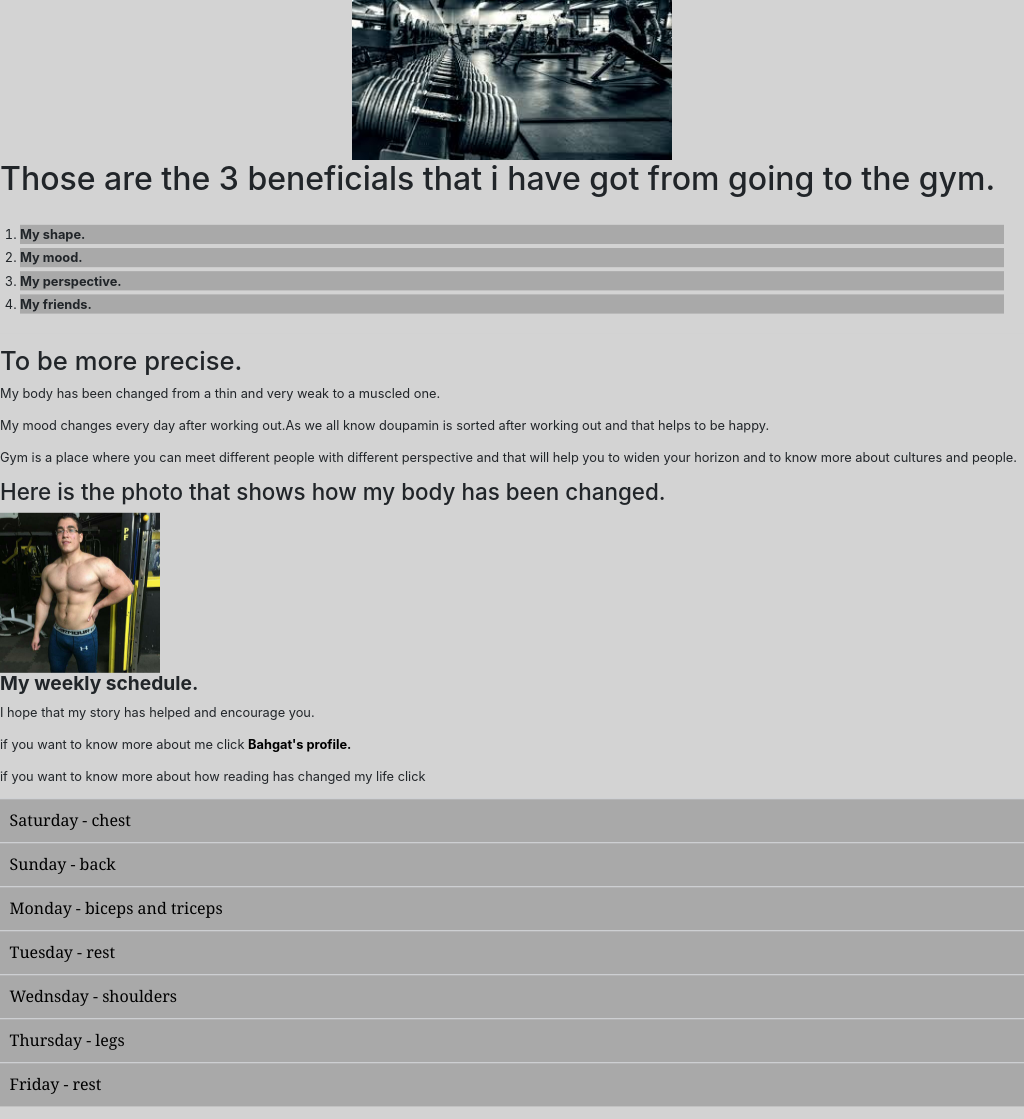
Repository: bahgaat/cs50
Page: environment/pset5/homepage/Working out.html
The author's editor kept a record of every edit. The page is drawn from the files as they stood at one moment, then again after the next edit.
The browser window is 1280 px wide. The pictures show the whole page, at 80% of full size.

Above is the page before.

### environment/pset5/homepage/Working out.html
<!DOCTYPE html>

<html lang="en">
    <head>
        <link href="https://stackpath.bootstrapcdn.com/bootstrap/4.1.3/css/bootstrap.min.css" rel="stylesheet">
        <link href="styles4.css" rel="stylesheet">
        <title>Working out</title>
    </head>
    <body>
        <div class="image4"><img src="workingout.jpg" alt="photo" width="400" height="200"></div>
        <h1>Those are the 3 beneficials that i have got from going to the gym.</h1>
        <ol>
            <li><b>My shape.</b></li>
            <li><b>My mood.</b></li>
            <li><b>My perspective.</b></li>
            <li><b>My friends.</b></li>
       </ol>
       <h2>To be more precise.</h2>
           <p>My body has been changed from a thin and very weak to a muscled one.</p>
           <p>My mood changes every day after working out.As we all know doupamin is sorted after working out
           and that helps to be happy.</p>
           <p>Gym is a place where you can meet different people with different perspective and that will help
           you to widen your horizon and to know more about cultures and people.</p>
       <h3>Here is the photo that shows how my body has been changed.</h3>
           <div class="image5"><img src="bebo.jpg" alt="photo" width="200" height="200"></div>
       <h4><b>My weekly schedule.</b></h4>
           <table class="table table-hover">
              <tr>
                      <td> Saturday - chest</td>
              </tr>
              <tr>
                     <td> Sunday - back</td>
              </tr>
              <tr>
                     <td>Monday - biceps and triceps</td>
              </tr>
              <tr>
                     <td>Tuesday - rest</td>
              </tr>
              <tr>
                   <td>Wednsday - shoulders</td>
              </tr>
              <tr>
                   <td>Thursday - legs</td>
             </tr>
             <tr>
                   <td>Friday - rest</td>
             </tr>

            <p> I hope that my story has helped and encourage you.</p>
            <p>if you want to know more about me click <a href="index.html"><b>Bahgat's profile.</b></a></p>
            <p>if you want to know more about how reading has changed my life click <a href="Reading.html"></a></p>



           </table>






    </body>
</html>

### environment/pset5/homepage/styles4.css
.image4
{
    text-align:center;
}
body
{
    background-color:lightgray;
}
tr
{
    00px;
}
td
{
    background-color:darkgray;
    color:black;
    font-size:15pt;
    font-family:georgia;
}
ol
{
    background:lightgray;
    padding:20px;
}
ol li
{
    background:darkgray;
    margin:5px;
}
a
{
    color:black;
}
a:link,a:visited
{
    color:black;
}
a:hover,a:active
{
    color:black;
}

After the next edit:
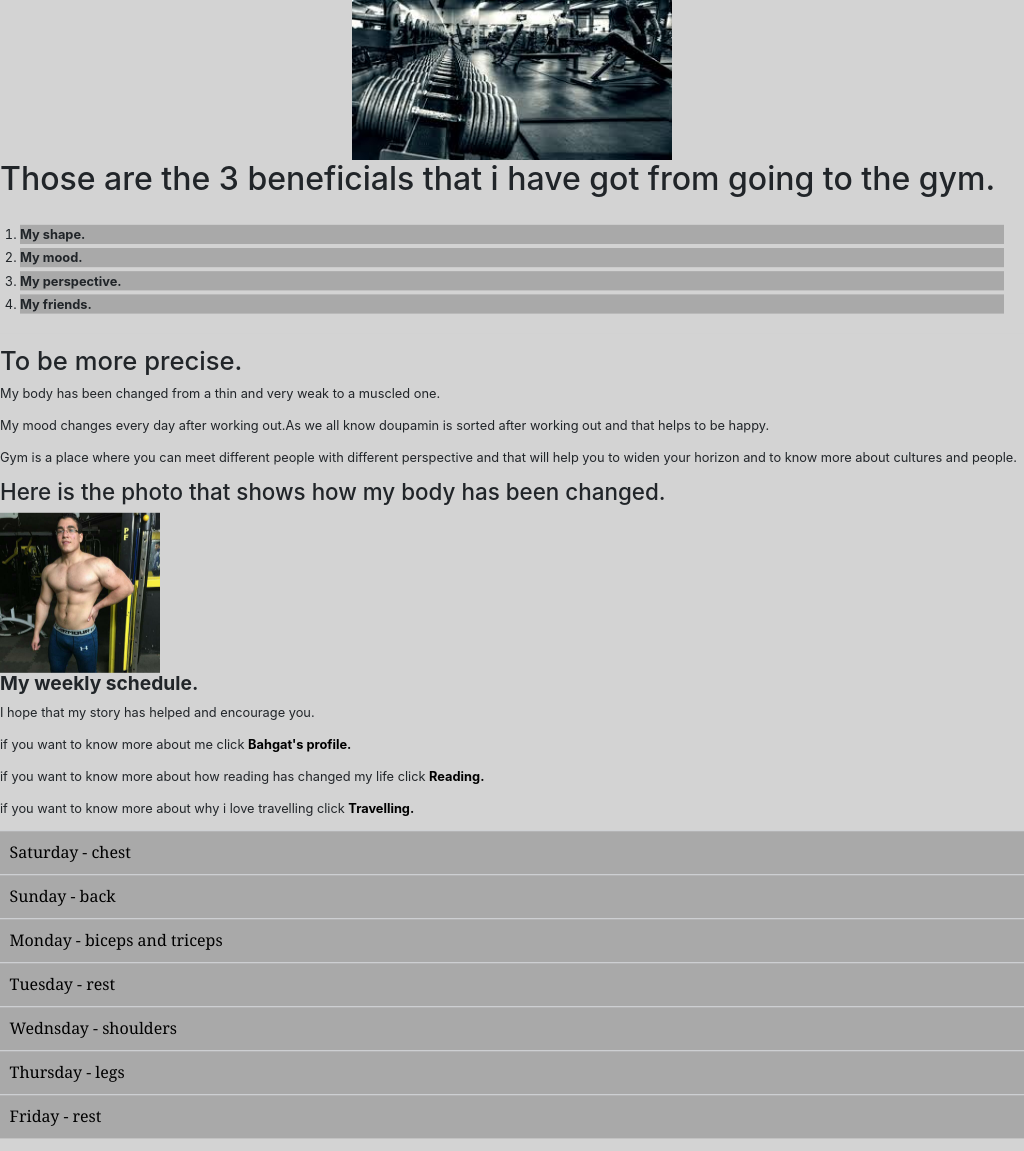
The edit:
--- a/environment/pset5/homepage/Working out.html
+++ b/environment/pset5/homepage/Working out.html
@@ -47,13 +47,18 @@
                    <td>Friday - rest</td>
              </tr>
 
-            <p> I hope that my story has helped and encourage you.</p>
-            <p>if you want to know more about me click <a href="index.html"><b>Bahgat's profile.</b></a></p>
-            <p>if you want to know more about how reading has changed my life click <a href="Reading.html"></a></p>
+             <p> I hope that my story has helped and encourage you.</p>
+             <p>if you want to know more about me click <a href="index.html"><b>Bahgat's profile.</b></a></p>
+             <p>if you want to know more about how reading has changed my life click <a href="Reading.html">
+             <b>Reading.</b></a></p>
+             <p>if you want to know more about why i love travelling click <a href="Travelling.html">
+             <b>Travelling.</b></a></p>
 
 
 
-           </table>
+
+
+
 
 
 
